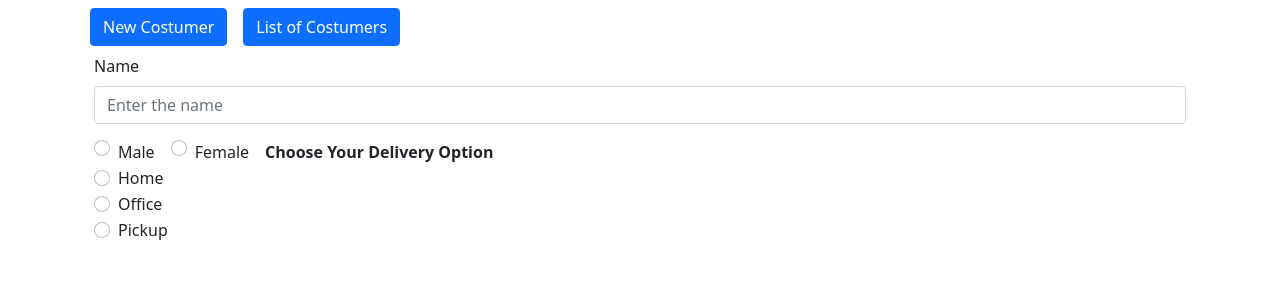
Repository: Sanjayjangra88/combo_app
Page: /, after clicking the first element matching `button.btn`
An editor plug-in stored every save of this project. The page is shown before and after the next save, followed by the edit.
The browser window is 1280 px wide. The pictures show the whole page.
Some web libraries are served in a nearby version. The project was rebuilt for these pictures with package versions that can differ from the ones it lists, and the page was loaded fresh each time. Also part of the build but not shown: src/App.js.

Above is the page before, as saved 2022-06-04 12:04:53.

### public/index.html
<!DOCTYPE html>
<html lang="en">
  <head>
    <meta charset "UTF-8" />
    <link rel="icon" href="%PUBLIC_URL%/favicon.ico" />
    <meta name="viewport" content="width=device-width, initial-scale=1" />
    <meta name="theme-color" content="#000000" />
    <meta
      name="description"
      content="Web site created using create-react-app"
    />
    <link rel="apple-touch-icon" href="%PUBLIC_URL%/logo192.png" />
    <!--
      manifest.json provides metadata used when your web app is installed on a
      user's mobile device or desktop. See https://developers.google.com/web/fundamentals/web-app-manifest/
    -->
    <link rel="manifest" href="%PUBLIC_URL%/manifest.json" />
    <link href="https://cdn.jsdelivr.net/npm/bootstrap@5.0.2/dist/css/bootstrap.min.css" rel="stylesheet" integrity="sha384-EVSTQN3/azprG1Anm3QDgpJLIm9Nao0Yz1ztcQTwFspd3yD65VohhpuuCOmLASjC" crossorigin="anonymous">
    <!--
      Notice the use of %PUBLIC_URL% in the tags above.
      It will be replaced with the URL of the `public` folder during the build.
      Only files inside the `public` folder can be referenced from the HTML.

      Unlike "/favicon.ico" or "favicon.ico", "%PUBLIC_URL%/favicon.ico" will
      work correctly both with client-side routing and a non-root public URL.
      Learn how to configure a non-root public URL by running `npm run build`.
    -->
    <!-- Bootstrap CSS -->
    <link rel="stylesheet" href="https://cdn.jsdelivr.net/npm/bootstrap@4.0.0/dist/css/bootstrap.min.css" integrity="sha384-Gn5384xqQ1aoWXA+058RXPxPg6fy4IWvTNh0E263XmFcJlSAwiGgFAW/dAiS6JXm" crossorigin="anonymous">

    <title>React App</title>
  </head>
  <body>
    <noscript>You need to enable JavaScript to run this app.</noscript>
    <div id="root"></div>
    <script src="https://kit.fontawesome.com/9e06ebf41f.js" crossorigin="anonymous"></script>
    <!--
      This HTML file is a template.
      If you open it directly in the browser, you will see an empty page.

      You can add webfonts, meta tags, or analytics to this file.
      The build step will place the bundled scripts into the <body> tag.

      To begin the development, run `npm start` or `yarn start`.
      To create a production bundle, use `npm run build` or `yarn build`.
    -->
    <script src="https://code.jquery.com/jquery-3.2.1.slim.min.js" integrity="sha384-KJ3o2DKtIkvYIK3UENzmM7KCkRr/rE9/Qpg6aAZGJwFDMVNA/GpGFF93hXpG5KkN" crossorigin="anonymous"></script>
    <script src="https://cdn.jsdelivr.net/npm/popper.js@1.12.9/dist/umd/popper.min.js" integrity="sha384-ApNbgh9B+Y1QKtv3Rn7W3mgPxhU9K/ScQsAP7hUibX39j7fakFPskvXusvfa0b4Q" crossorigin="anonymous"></script>
    <script src="https://cdn.jsdelivr.net/npm/bootstrap@4.0.0/dist/js/bootstrap.min.js" integrity="sha384-JZR6Spejh4U02d8jOt6vLEHfe/JQGiRRSQQxSfFWpi1MquVdAyjUar5+76PVCmYl" crossorigin="anonymous"></script>
  </body>
</html>

### src/index.js
import React from 'react';
import ReactDOM from 'react-dom';
import './index.css';
import App from './App';
import reportWebVitals from './reportWebVitals';
import 'bootstrap/dist/css/bootstrap.min.css';

import DropDown6 from './Components/dropDown6';

ReactDOM.render(
  <React.StrictMode>
    <DropDown6/>
  </React.StrictMode>,
  document.getElementById('root')
);

// If you want to start measuring performance in your app, pass a function
// to log results (for example: reportWebVitals(console.log))
// or send to an analytics endpoint. Learn more: https://bit.ly/CRA-vitals
reportWebVitals();

### src/Components/dropDown6.jsx
import React, { Component } from 'react'
import DpForm from './dpForm'

export class dropDown extends Component {
  state={
    costumers:[],
    delOption:["Home","Office","Pickup"],
    selDel:[],
    view:0
  }
  add=()=>{
    console.log("hy")
    let s1={...this.state};
    s1.view=2;
    this.setState(s1);
  }
  show=()=>{
    let s1={...this.state};
    s1.view=1;
    this.setState(s1);

    console.log("hy")
  }
  render() {
    const{costumers,view,delOption,selDel}=this.state;
    return (
      <div className='container'>
        <button className='btn btn-primary m-2'onClick={this.add}>New Costumer</button>
        <button className='btn btn-primary m-2'onClick={this.show}>List of Costumers</button><br/>
        {view==1 ?(
        costumers.length<=0?"There are no Costumers":costumers.map((ele)=><ul><li>{ele}</li></ul>))
  :view==2?
  <DpForm costumers={{}}delOption={delOption}selDel={selDel}/>
  :""}
      </div>
    )
  }
}

export default dropDown

### src/App.css
*{
  margin: 0;
  padding: 0;
}
.slidebar{
  position: absolute;
  background-color: rgb(168, 165, 165);
  height: 100vh;
  width: 30vh;
  margin-right: 5px;
  transition: transform 0.3s ease-in;


}
.slidebar  li a{
  text-decoration: none;
  color:white;
}
.slidebar  li{
  list-style: none;
  font-size: 20px;
  padding: 13px 0;
  color:white;
}
.box{
  margin-left: 32vh;
}
div.d-flex.justify-content-between{
  margin-left: 30vh;
}

.th1{
  background-color: black;
  color: white;
  border: 1px solid black;
  text-align: center;
  padding-left: 15px;
  padding-right: 15px;
}
.col1 {
  border: 1px solid black;
  text-align: center;
  padding-left: 15px;
  padding-right: 15px;
}

### src/Components/dpForm.jsx
import React, { Component } from 'react'

export class dpForm extends Component {
    state={
        costumers:this.props.costumers,

    }
    handelChange=(e)=>{
        const {currentTarget:input}=e;
        let s1={...this.state};
        // s1.costumers[input.name]=input.value;
        s1.costumers[input.name]=input.name;
        this.setState(s1);
    }
  render() {
      const{name,gender}=this.state.costumers;
      const{delOption,selDel}=this.props;
    return (
      <div className='container'>
           <div className="form-group">
                    <label>Name</label>
                    <input type="text"className="form-control"name="name"id="name"value={name} placeholder='Enter the name'onChange={this.handelChange} />
                </div>
                <div className="form-check form-check-inline">
                    <input
                    className="form-check-input"
                    type="radio"
                    name="gender"
                    value="Male"
                    checked={gender==="Male"}
                    onChange={this.handelChange}/>
                    <label className="form-check-label">Male</label>
                </div>
                <div className="form-check form-check-inline">
                    <input
                    className="form-check-input"
                    type="radio"
                    name="gender"
                    value="Female"
                    checked={gender==="Female"}
                    onChange={this.handelChange}/>
                    <label className="form-check-label">Female</label>
                </div>
                {this.showCheckBoxes("Choose Your Delivery Option",delOption,"delivery",selDel)}
      </div>
    )
  }
  showCheckBoxes=(label,arr,name,selVal)=>{
    return(
        <React.Fragment>
            <label className='form-check-label font-weight-bold'>{label}</label>
            {arr.map((ele)=>(
                <div className="form-check">
                    <input
                     className='form-check-input'
                     value={ele}
                     type="radio"
                     name={name}
                     checked={selVal===ele}
                     onChange={this.handelChange}
                    />
                    <label className='form-check-label'>{ele}</label>
                </div>
            ))}
        </React.Fragment>
    )
}
}

export default dpForm

Loaded but not shown: src/index.css (common file); src/reportWebVitals.js (common file)

After the next save:
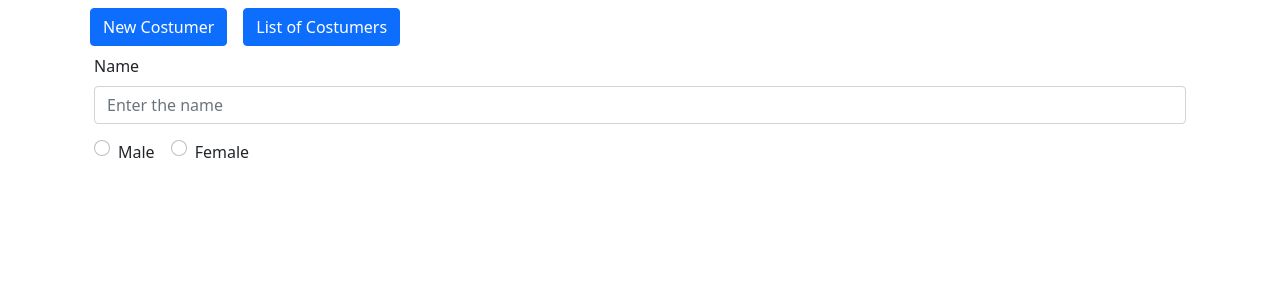
Saved 96 s later.
--- a/src/Components/dpForm.jsx
+++ b/src/Components/dpForm.jsx
@@ -41,7 +41,7 @@
                     onChange={this.handelChange}/>
                     <label className="form-check-label">Female</label>
                 </div>
-                {this.showCheckBoxes("Choose Your Delivery Option",delOption,"delivery",selDel)}
+                {/* {this.showCheckBoxes("Choose Your Delivery Option",delOption,"delivery",selDel)} */}
       </div>
     )
   }

After the 2 saves that followed:
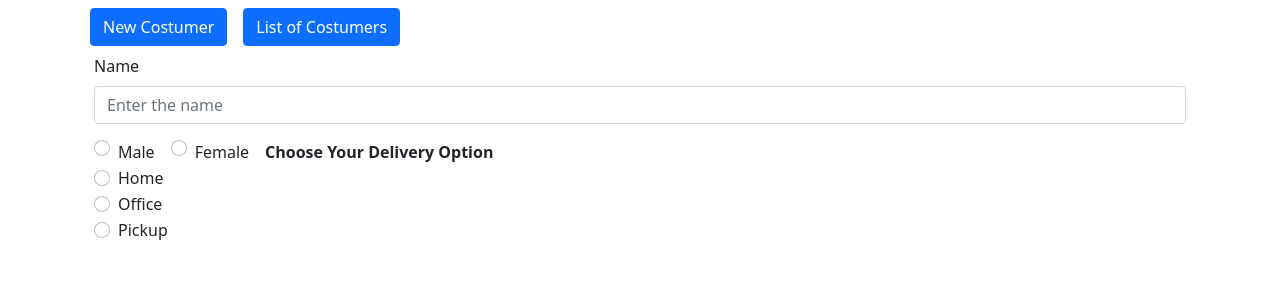
The 2 saves are shown as one change because 1 left the picture as it was.
The last was saved 114 s later.
--- a/src/Components/dpForm.jsx
+++ b/src/Components/dpForm.jsx
@@ -8,8 +8,8 @@
     handelChange=(e)=>{
         const {currentTarget:input}=e;
         let s1={...this.state};
-        // s1.costumers[input.name]=input.value;
-        s1.costumers[input.name]=input.name;
+        s1.costumers[input.name]=input.value;
+
         this.setState(s1);
     }
   render() {
@@ -41,7 +41,7 @@
                     onChange={this.handelChange}/>
                     <label className="form-check-label">Female</label>
                 </div>
-                {/* {this.showCheckBoxes("Choose Your Delivery Option",delOption,"delivery",selDel)} */}
+                {this.showCheckBoxes("Choose Your Delivery Option",delOption,"delivery",selDel)}
       </div>
     )
   }
